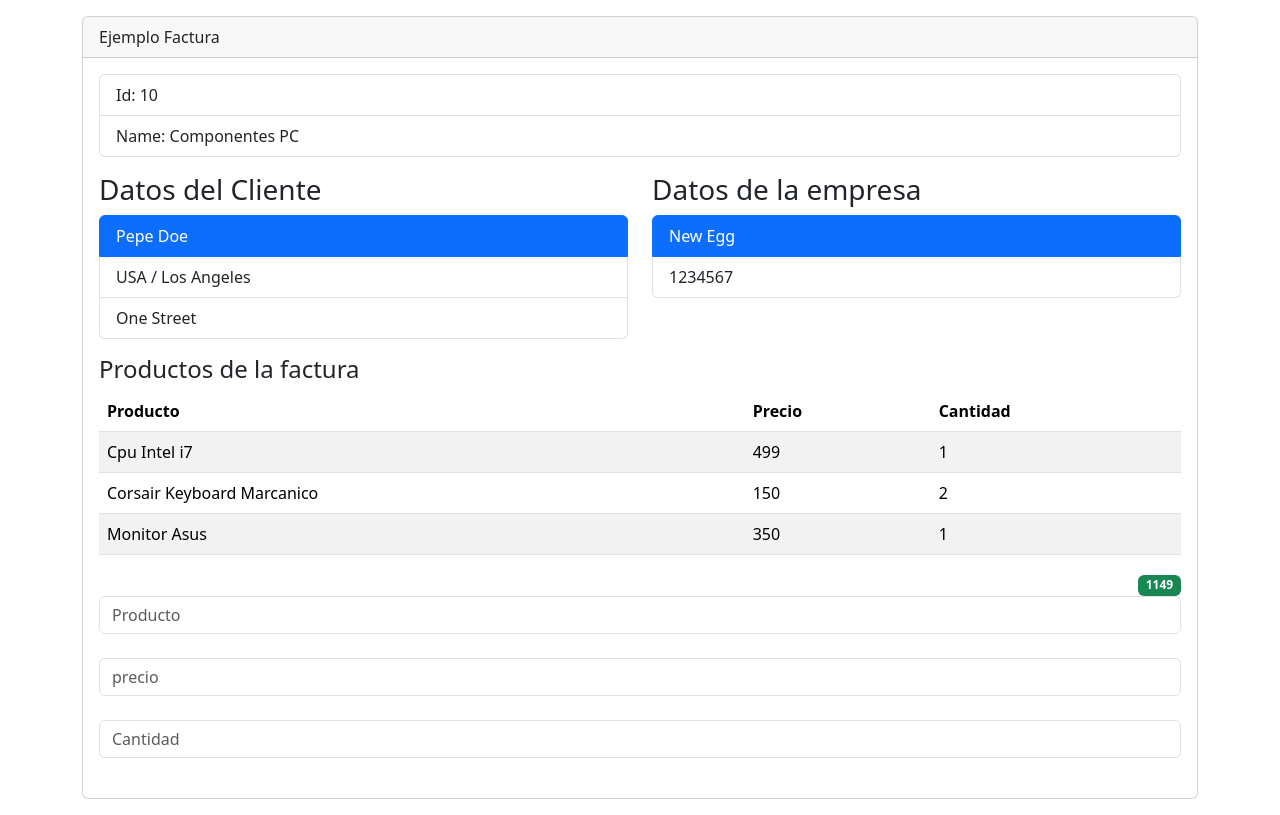
Repository: bryanesteban/4-invoice-app
Page: /
An editor plug-in stored every save of this project. The page is shown before and after the next save, followed by the edit.
The browser window is 1280 px wide. The pictures show the whole page.
The project was rebuilt for these pictures with package versions that can differ from the ones it lists, and the page was loaded fresh each time. Also part of the build but not shown: vite.config.js.

Above is the page before, as saved 2023-11-13 17:21:35.

After the next save:
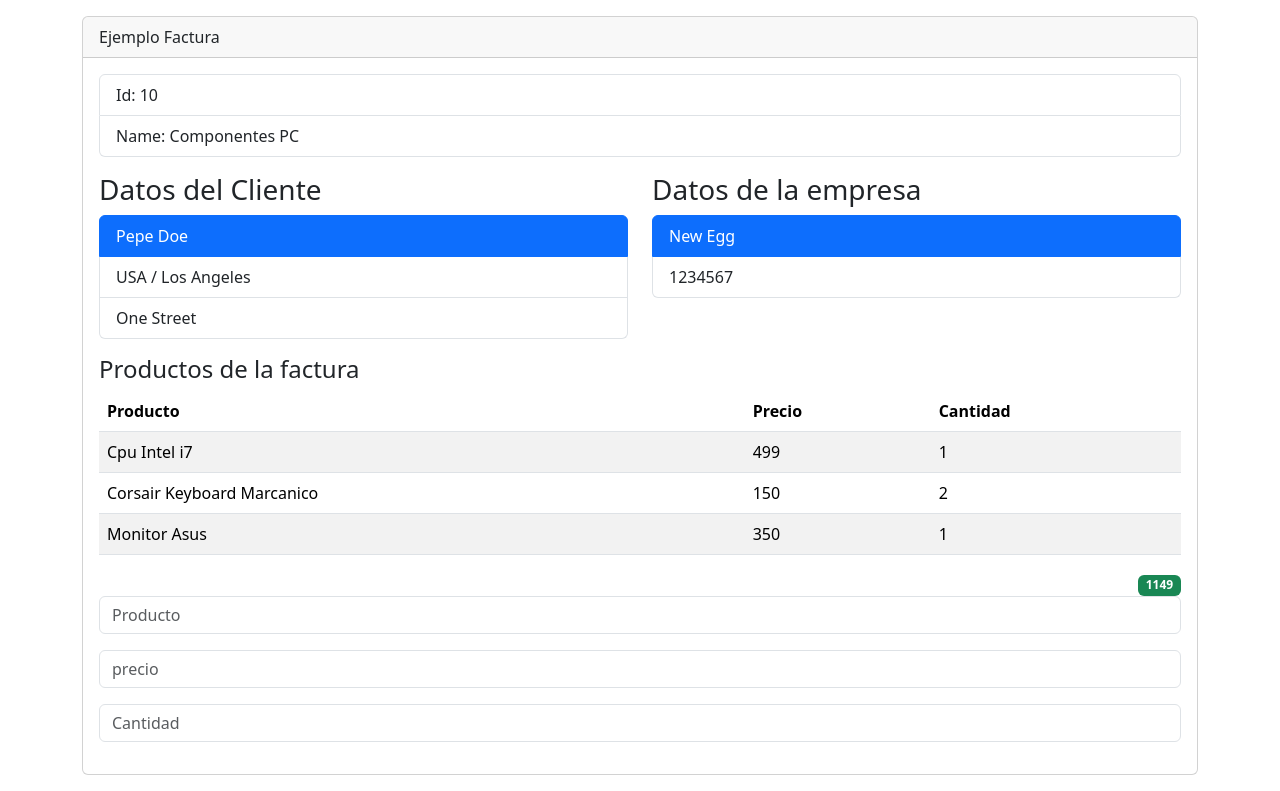
Saved 6 s later.
--- a/src/InvoiceApp.jsx
+++ b/src/InvoiceApp.jsx
@@ -36,15 +36,15 @@ export const InvoiceApp = () =>{
                     <form>
                         <input type="text"
                                name="product"
-                               placeholder="Producto" className="form-control mb-4"/>
+                               placeholder="Producto" className="form-control mb-3"/>
 
                         <input type="text"
                                name="price"
-                               placeholder="precio" className="form-control mb-4"/>
+                               placeholder="precio" className="form-control mb-3"/>
 
                         <input type="text"
                                name="quantity"
-                               placeholder="Cantidad" className="form-control mb-4"/>
+                               placeholder="Cantidad" className="form-control mb-3"/>
                     </form>
                 </div>
             </div>
